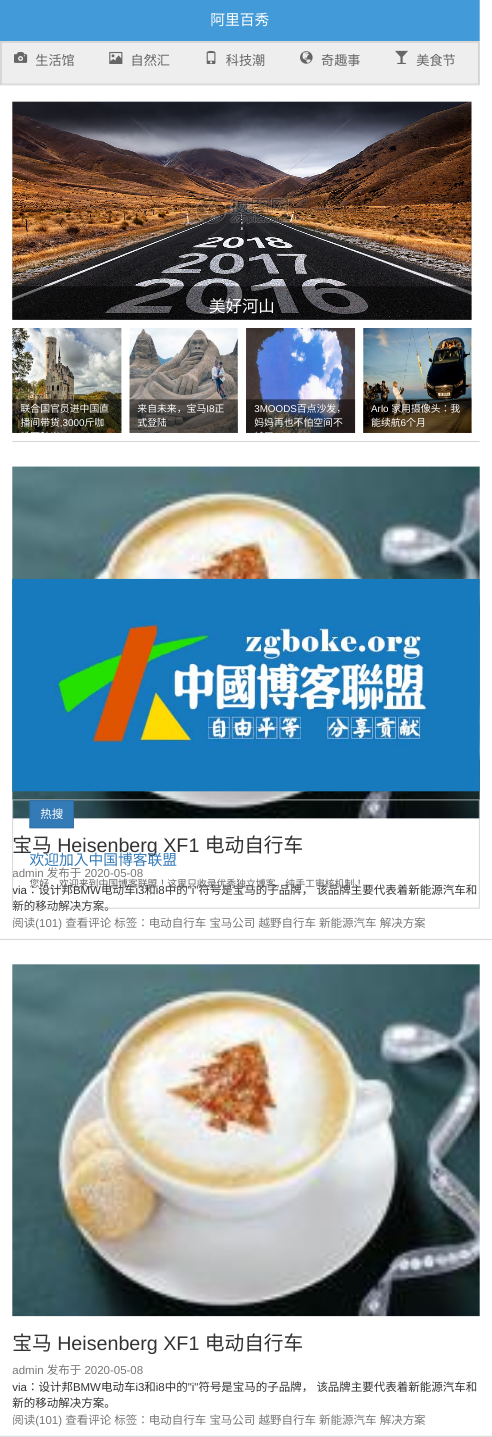
Repository: zhangwen001208/bootstrap-demo
Page: index.html
The author's editor kept a copy of each file at every save. The page is drawn from the files as they stood at one save, then again after the next save.
The browser window is 600 px wide. The pictures show the whole page, at 82% of full size.

Above is the page before, as saved 2022-09-08 19:43:03.

### index.html
<!DOCTYPE html>
<html lang="en">
<head>
    <meta charset="UTF-8">
    <meta http-equiv="X-UA-Compatible" content="IE=edge">
    <meta name="viewport" content="width=device-width, initial-scale=1.0">
    <link rel="stylesheet" href="./bootstrap/css/bootstrap.min.css">
    <link rel="stylesheet" href="./css/index.css">

    <title>Document</title>
</head>
<body>
    <div class="container">
        <div class="row">
            <header class="col-md-2">
                <div class="logo">
                    <img src="./images/logo.png" alt="" class="hidden-xs">
                    <span class="visible-xs">阿里百秀</span>
                </div>
                <div class="nav">
                    <ul class="nav flex-column">
                        <li class="nav-item">
                          <a class="nav-link active glyphicon glyphicon-camera" href="#">生活馆</a>
                        </li>
                        <li class="nav-item">
                          <a class="nav-link glyphicon glyphicon-picture" href="#">自然汇</a>
                        </li>
                        <li class="nav-item">
                          <a class="nav-link glyphicon glyphicon-phone" href="#">科技潮</a>
                        </li>
                        <li class="nav-item">
                          <a class="nav-link glyphicon glyphicon-globe ">奇趣事</a>
                        </li>
                        <li class="nav-item">
                            <a class="nav-link glyphicon glyphicon-glass">美食节</a>
                          </li>
                      </ul>
                </div>

            </header>
            <article class="col-md-7 ">
             <div>
                <ul class="item clearfix">
                    <li>
                        <a href="">
                        <img src="./images/news-1.jpg" alt="">
                        <p>美好河山</p>
                        </a>
                   </li>
                    <li><a href="">
                        <img src="./images/news-2.jpg" alt="">
                        <p>联合国官员进中国直播间带货,3000斤咖啡豆秒光</p>
                    </a></li>
                    <li><a href="">
                        <img src="./images/news-3.jpg" alt="">
                        <p>来自未来，宝马I8正式登陆</p>
                    </a></li>
                    <li><a href="">
                        <img src="./images/news-4.jpg" alt="">
                        <p>3MOODS百点沙发，妈妈再也不怕空间不够了</p>
                    </a></li>
                    <li><a href="">
                        <img src="./images/news-5.jpg" alt="">
                        <p>Arlo 家用摄像头：我能续航6个月</p>
                    </a></li>
                  </ul>
             </div>
              <div class="page">
                <div class="row">
                    <div class="col-sm-3 pic">
                        <img src="./images/news-6.jpg" alt="">
                    </div>
                    <div class="col-sm-9 ">
                        <h3>宝马 Heisenberg XF1 电动自行车</h3>
                        <p class="text-muted">admin 发布于 2020-05-08</p>
                        <p>via：设计邦BMW电动车i3和i8中的"i"符号是宝马的子品牌， 该品牌主要代表着新能源汽车和新的移动解决方案。</p>
                        <p class="text-muted">阅读(101) 查看评论 标签：电动自行车 宝马公司 越野自行车 新能源汽车 解决方案</p>
                    </div>
                </div>
                <div class="row">
                    <div class="col-sm-3 pic">
                        <img src="./images/news-6.jpg" alt="">
                    </div>
                    <div class="col-sm-9 ">
                        <h3>宝马 Heisenberg XF1 电动自行车</h3>
                        <p class="text-muted">admin 发布于 2020-05-08</p>
                        <p>via：设计邦BMW电动车i3和i8中的"i"符号是宝马的子品牌， 该品牌主要代表着新能源汽车和新的移动解决方案。</p>
                        <p class="text-muted">阅读(101) 查看评论 标签：电动自行车 宝马公司 越野自行车 新能源汽车 解决方案</p>
                    </div>
                </div>
              </div>

            </article>
            <aside class="col-md-3">
                <a href="#" class="banner">
                    <img src="./images/zgboke.jpg" alt="">
                </a>
                <a href="#" class="hot">
                    <span class="btn btn-primary">热搜</span>
                    <h4 class="text-primary">欢迎加入中国博客联盟</h4>
                    <p>您好，欢迎来到中国博客联盟！这里只收录优秀独立博客，纯手工审核机制！</p>
                </a>

            </aside>



        </div>
    </div>

</body>
</html>

### css/index.css

 @media screen and (min-width: 1280px) {
    .container {
        width: 1280px
    }

 }
 ul{
    padding: 0;
    margin: 0;
 }
 ul>li {
    list-style: none;
    text-decoration: none;

 }
 a {
    color: #666;
 }
 a:hover {
    text-decoration: none;
 }
 p{
    margin-bottom: 0;
 }






 header {
    padding-left: 0 !important;

 }
 .logo {
    background-color: #429ad9;


 }
 .logo img {
    display: block;
    /* width: 100%; */
    /* 让我们的图片不缩放 */
    max-width: 100%;
    margin: 0 auto;

 }

 /* 1.让我们的图片在超小屏幕下隐藏起来不显示 */
 /* 2 我们提前设置一个块级元素 到我们超小屏幕下显示 */
 .logo span {
    display: block;
    height: 50px;
    line-height: 50px;
    color: #fff;
    font-size: 18px;
    text-align: center;

 }

/* 当我们进入小屏幕和超小屏幕时 里面的li浮动起来 并且让里面的文字变小一点 */

@media screen and (max-width: 969px) {
    .nav li {
       float: left;
       width: 20%;
        font-size: 14px;
    }
    article{
        margin-top: 20px;
    }

}
 .nav {
    border: 1px solid #ccc ;
    background-color: #eee;
 }

 .nav-item a {
    display: block;
    font-size: 16px;
    height: 50px;
 }
.nav-item a::before {
    vertical-align: middle;
    padding-right: 10px;
}
.nav-item:hover {
    background-color: #fff !important;
}

article {
    padding: 0;
}



.item li {

    float: left;
    width: 25%;
    height: 128px;
    padding-right: 10px;
    margin-bottom: 10px;

}
.item li a {
    position: relative;
    display: block;
    width: 100%;
    height: 100%;
}
/* 当超小屏幕下 我们将 我们第一个li变成100% 其他的变为50% */
@media screen and (max-width: 767px) {
    .item li:nth-child(1) {
        width: 100% !important;
    }

}

.item li:nth-child(1) {
    width: 50%;
    height: 266px;
    padding-right: 10px;


}
.item li:nth-child(1) p {
    font-size: 20px;
    line-height: 41px;
    text-align: center;
}
.item li>a img {
    width: 100%;
    height: 100%;

}
.item li>a p {
    position: absolute;
    display: block;
    height: 41px;

    width: 100%;
    bottom: 0;
    left: 0;
    background: rgba(0, 0, 0, 0.5);
    font-size: 12px;
    padding: 4px 10px;
    color: #fff;

}
.page {
    display: block;
    height: 168px;

}
.page {
    border-top: 1px solid #ccc;
}

.page .row {
    border-bottom: 1px solid #ccc;
    padding: 10px 0;

}
.pic {
    margin-top: 20px;
}
.pic img {
    width: 100%;
}
.banner img {
    width: 100%;
    height: 100%;
}
.hot {
    display: block;
    border: 1px solid #ccc;
    padding: 0 20px 20px;
    margin-top: 10px;
}
.hot span {
    border-radius: 0;
    margin-bottom: 20px;
}
.hot p {
    font-size: 12px;
}

Loaded but not shown: bootstrap/css/bootstrap.min.css (library)

After the next save:
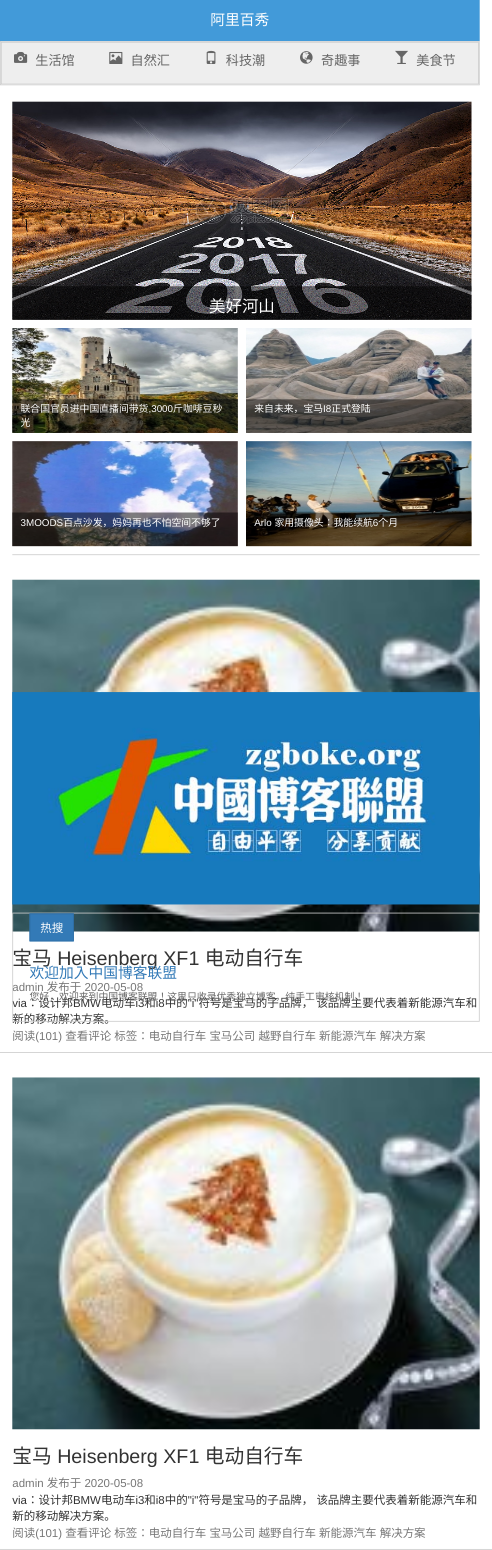
Saved 63 s later.
--- a/css/index.css
+++ b/css/index.css
@@ -116,6 +116,10 @@
     .item li:nth-child(1) {
         width: 100% !important;
     }
+    .item li {
+        width: 50% !important;
+    }
+
 
 }
 
